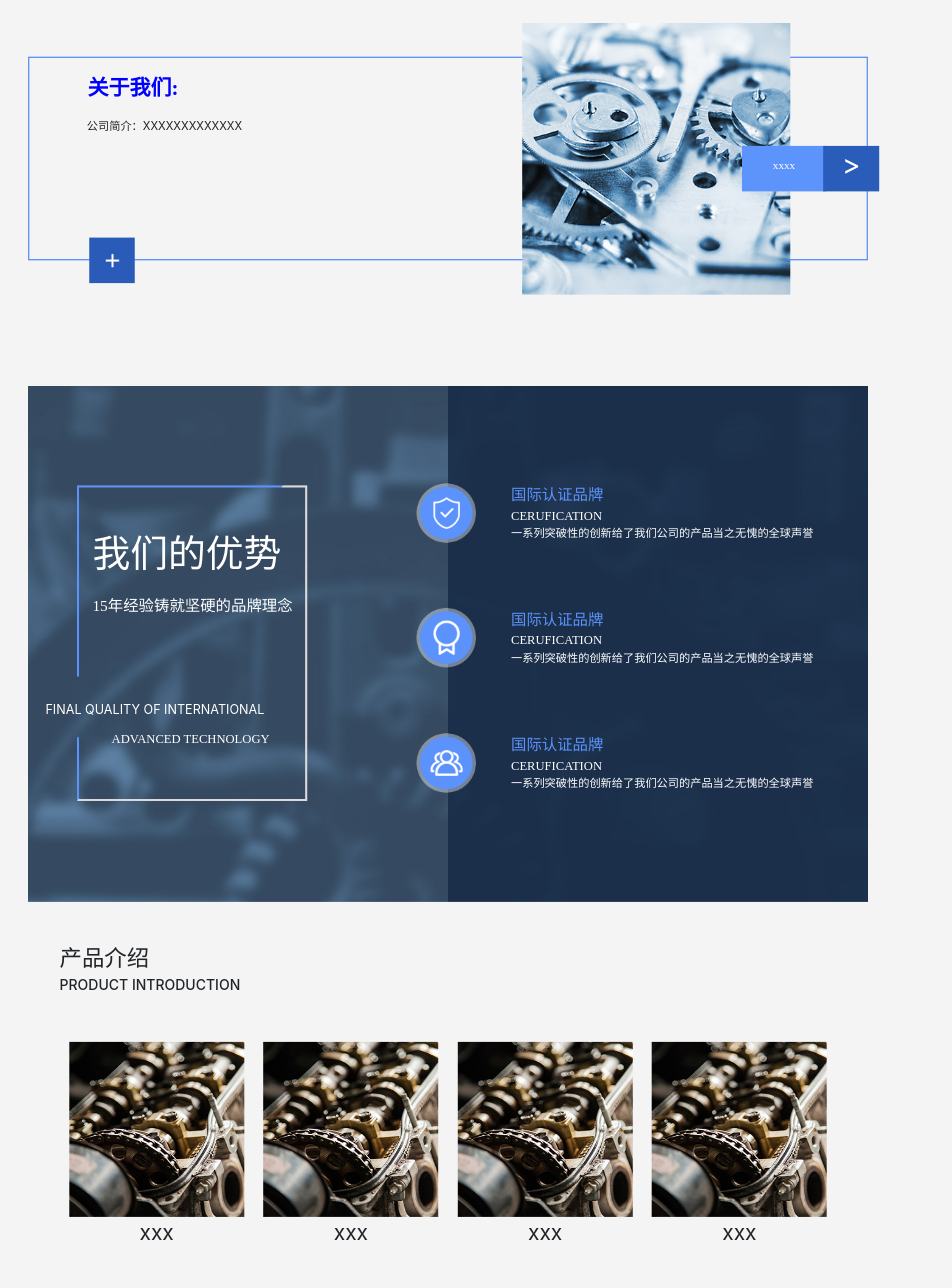
Repository: Noitom/Hadalsnailfish
Page: src/main/resources/static/index.html
An editor plug-in stored every save of this project. The page is shown before and after the next save, followed by the edit.
The browser window is 1280 px wide. The page is 1360 px wide, so the pictures cover 1360 px, including what lies to the right of the window. The pictures show the part of the page from y = 938 to 2778 px (the page is 4331 px tall), at 70% of full size.

Above is the page before, as saved 2021-12-13 17:27:09.

After the next save:
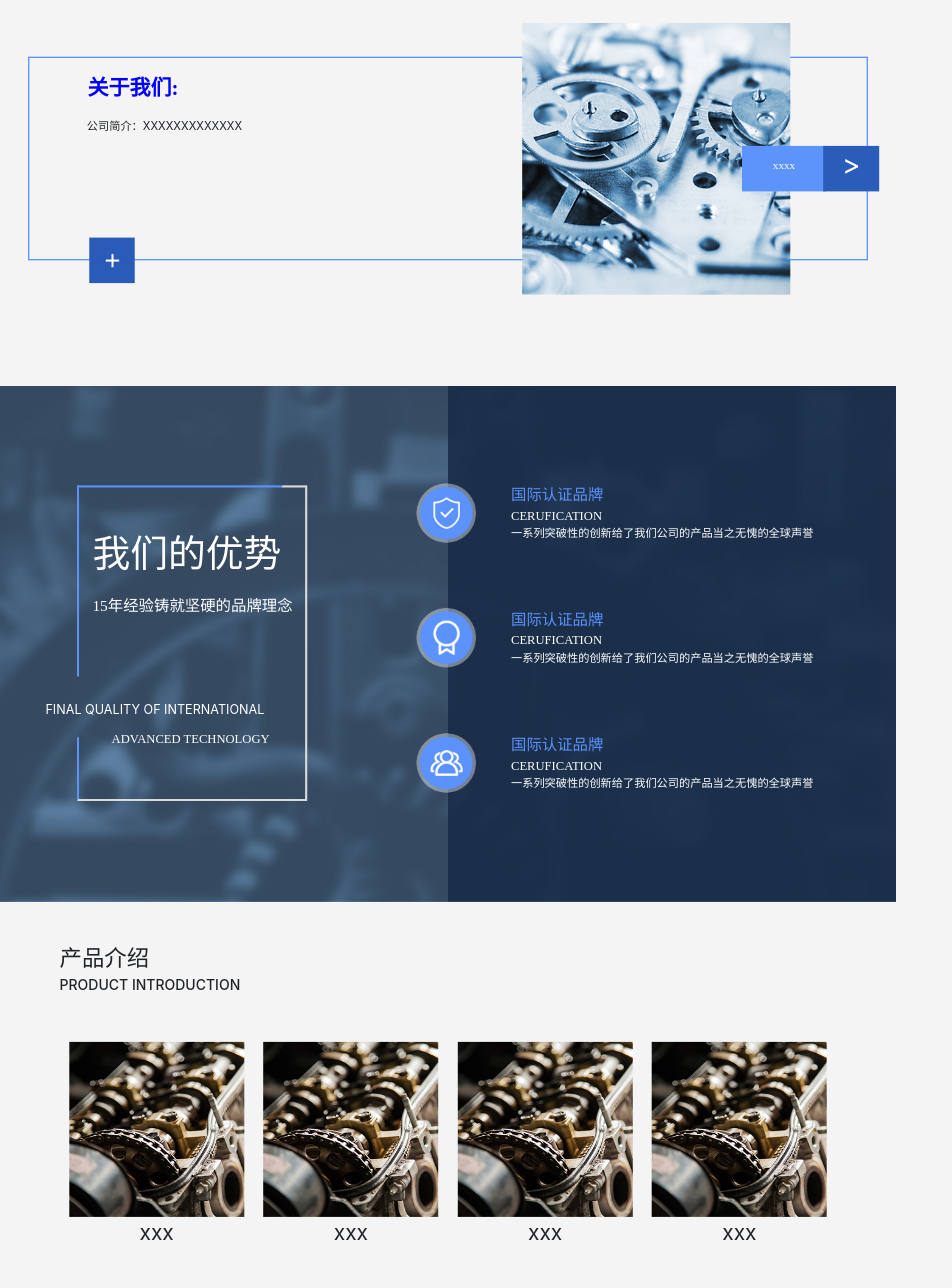
Saved 41 s later.
--- a/src/main/resources/static/index.html
+++ b/src/main/resources/static/index.html
@@ -171,7 +171,7 @@
     <!-- </div> -->
 
     <!--首页其他内容展示-->
-    <div class="container-fluid" style="background: url('img/AD0Iz_PkBhACGAAgvZLxygUo8LKV8AYwgA844QU.jpg') repeat-y center;height: 737px;width: 1200px;" >
+    <div class="container-fluid" style="background: url('img/AD0Iz_PkBhACGAAgvZLxygUo8LKV8AYwgA844QU.jpg') repeat-y center;height: 737px;width: auto;" >
         <div class="container">
             <div style="width: 1200px;">
                 <transition enter-active-class="animated bounceInRight">
